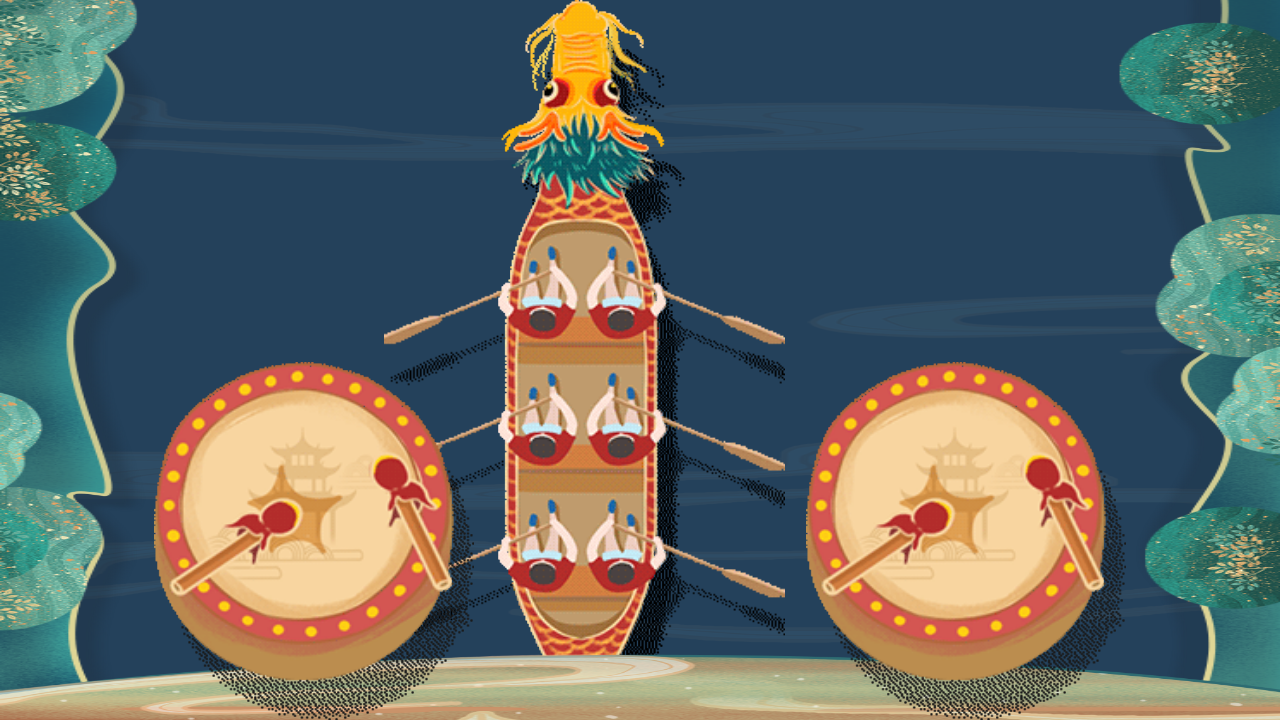
Repository: liushiwei151/hhl_dragon_boat_festival
Page: /Game
An editor plug-in stored every save of this project. The page is shown before and after the next save, followed by the edit.
The browser window is 1280 px wide. The pictures show the whole page.
An inner scrolling area shows only its first screen. The project was rebuilt for these pictures with package versions that can differ from the ones it lists, and the page was loaded fresh each time. Also part of the build but not shown: vue.config.js, src/views/Home.vue.

Above is the page before, as saved 2020-06-05 17:19:35.

### src/main.ts
import Vue from "vue";
import App from "./App.vue";
import router from "./router";
import { myCustom } from "./common/custom";

Vue.config.productionTip = false;

Vue.use(myCustom);

new Vue({
  router,
  render: h => h(App)
}).$mount("#app");

### src/common/custom.ts
/**
 * longTap 长按
 */

/* eslint-disable */
let myCustom: any = {};
let timeCounter: any;

function custom(Vue: any, options: any) {
  let timeNum = 0; //定时器计数
  let isLong = false; //长按标志

  Vue.directive("longTap", {
    bind(el: any, binding: any, vNode: any) {
      let pressTime = ~~binding.arg; //长按时常 毫秒
      if (!pressTime) {
        pressTime = 500;
      } //初始化默认时长
      // 确保提供的表达式是函数
      if (typeof binding.value !== "function") {
        // 获取组件名称
        const compName = vNode.context.name;
        // 将警告传递给控制台
        let error = `[longpress:] provided expression '${binding.expression}' is not a function`;
        if (compName) {
          error += `Found in component '${compName}' `;
        }
        console.error(error);
      }
      el.addEventListener("touchstart", (event: any) => {
        isLong = false;
        timeCounter = setTimeout(() => {
          isLong = true;
          console.log();
          binding.value(el.getBoundingClientRect());
        }, pressTime);
      });
      el.addEventListener("touchend", (event: any) => {
        clearInterval(timeCounter);
      });
    }
  });
}
myCustom = {
  install: custom
};
// myCustom.install = custom;
export { myCustom };

### src/components/tips.vue
<template>
  <div class="tips" v-show="val !== false">
    <span class="text" v-show="val !== 'wait'">{{ val }}</span>
    <div class="wait" v-show="val === 'wait'"></div>
  </div>
</template>

<script lang="ts">
import { Component, Vue, Prop } from "vue-property-decorator";
@Component({})
export default class Tips extends Vue {
  @Prop() val!: string | boolean;

  mounted(): void {
    // console.log(this.val === false);
  }
}
</script>

<style lang="less" scoped>
.tips {
  position: fixed;
  width: 100%;
  height: 100%;
  z-index: 9999;
  left: 0;
  top: 0;
  display: flex;
  justify-content: center;
  align-items: center;
  .wait {
    background: url(../assets/loading-2.gif) no-repeat;
    width: 10vw;
    height: 10vw;
    background-size: 100% 100%;
  }
  .text {
    background-color: rgba(0, 0, 0, 0.6);
    border-radius: 1vw;
    max-width: 90vw;
    padding: 2vw 5vw;
    color: #fff;
    word-break: break-all;
  }
}
</style>

### src/views/Game.vue
<template>
  <div class="game">
    <div class="gameBG"></div>
    <div class="fixedBG">
      <div
        class="leftDrum drum"
        @click="swichDrum(1)"
        v-longTap="leftLong"
        @touchend="handleTouchEnd"
        :style="{ backgroundImage: 'url(' + gdUrl + ')' }"
      >
        <div
          class="drum"
          :style="{ backgroundImage: 'url(' + imgUrl + ')' }"
        ></div>
      </div>
      <div
        class="leftDrum drum"
        @click="swichDrum(2)"
        v-longTap="rightLong"
        @touchend="handleTouchEnd"
        :style="{ backgroundImage: 'url(' + gdUrl + ')' }"
      >
        <div
          class="drum"
          :style="{ backgroundImage: 'url(' + imgUrl1 + ')' }"
        ></div>
      </div>
    </div>
    <div class="longzhouBox">
      <div class="longzhou"></div>
    </div>
  </div>
</template>

<script lang="ts">
import { Component, Vue, Inject } from "vue-property-decorator";
@Component({})
export default class Game extends Vue {
  @Inject()
  private isTip!: Function;

  imgName = "gu1";
  imgName1 = "gu1";
  gdName = "gu1";
  setInterObejct: any;
  setInterObejct1: any;

  get imgUrl(): string {
    const a = require("../assets/" + this.imgName + ".png");
    return a;
  }
  get imgUrl1(): string {
    const a = require("../assets/" + this.imgName1 + ".png");
    return a;
  }
  get gdUrl(): string {
    const a = require("../assets/" + this.gdName + ".png");
    return a;
  }

  swichDrum(e: number) {
    if (e === 1) {
      if (this.imgName === "gu1") {
        this.imgName = "gu2";
      } else {
        this.imgName = "gu1";
      }
    } else if (e === 2) {
      if (this.imgName1 === "gu1") {
        this.imgName1 = "gu2";
      } else {
        this.imgName1 = "gu1";
      }
    }
  }

  leftLong() {
    const self = this;
    this.setInterObejct = setInterval(() => {
      if (this.imgName === "gu1") {
        this.imgName = "gu2";
      } else {
        this.imgName = "gu1";
      }
    }, 200);
  }
  handleTouchEnd() {
    if (this.setInterObejct) {
      clearInterval(this.setInterObejct);
    }
    if (this.setInterObejct1) {
      clearInterval(this.setInterObejct1);
    }
  }
  rightLong() {
    const self = this;
    this.setInterObejct = setInterval(() => {
      if (this.imgName1 === "gu1") {
        this.imgName1 = "gu2";
      } else {
        this.imgName1 = "gu1";
      }
    }, 200);
  }
}
</script>

<style lang="less" scoped>
@bg100: {
  position: fixed;
  top: 0;
  left: 0;
  background-size: 100% 100%;
  width: 100%;
  height: 100%;
};
@keyframes scrollBG {
  0% {
    transform: translateY(0);
  }
  100% {
    transform: translateY(-50%);
  }
}
@keyframes play {
  from {
    background-position: 0 0;
  }
  to {
    background-position: -94vw 0;
  }
}
.game {
  width: 100%;
  height: 100%;
  .longzhouBox {
    background: url(../assets/longBg.png) no-repeat;
    background-size: 100% 100%;
    width: 31.333vw;
    height: 68.133vw;
    position: relative;
    top: 0;
    left: 30vw;
    z-index: 5;
    .longzhou {
      background: url(../assets/long.png) no-repeat;
      background-size: 300% 100%;
      width: 100%;
      height: 100%;
      background-position: 0 0;
      animation: play 0.5s steps(3) infinite;
      position: absolute;
    }
  }
  .fixedBG {
    background: url(../assets/gameBG2.png) no-repeat;
    @bg100();
    display: flex;
    justify-content: space-between;
    align-items: flex-end;
    box-sizing: border-box;
    padding: 0 12vw;
    z-index: 20;
    .drum {
      width: 25vw;
      height: 28vw;
      background-size: 100% 100%;
    }
    .leftDrum {
    }
    .rightDrum {
    }
  }
  .gameBG {
    background: url(../assets/gameBG.png);
    position: fixed;
    top: 0;
    left: 0;
    background-size: 100% 50%;
    width: 100%;
    height: 200%;
    z-index: -1;
    animation: scrollBG 4s linear infinite;
  }
}
</style>

Loaded but not shown: public/index.html (common file); src/App.vue (common file); src/router/index.ts (common file)

After the next save:
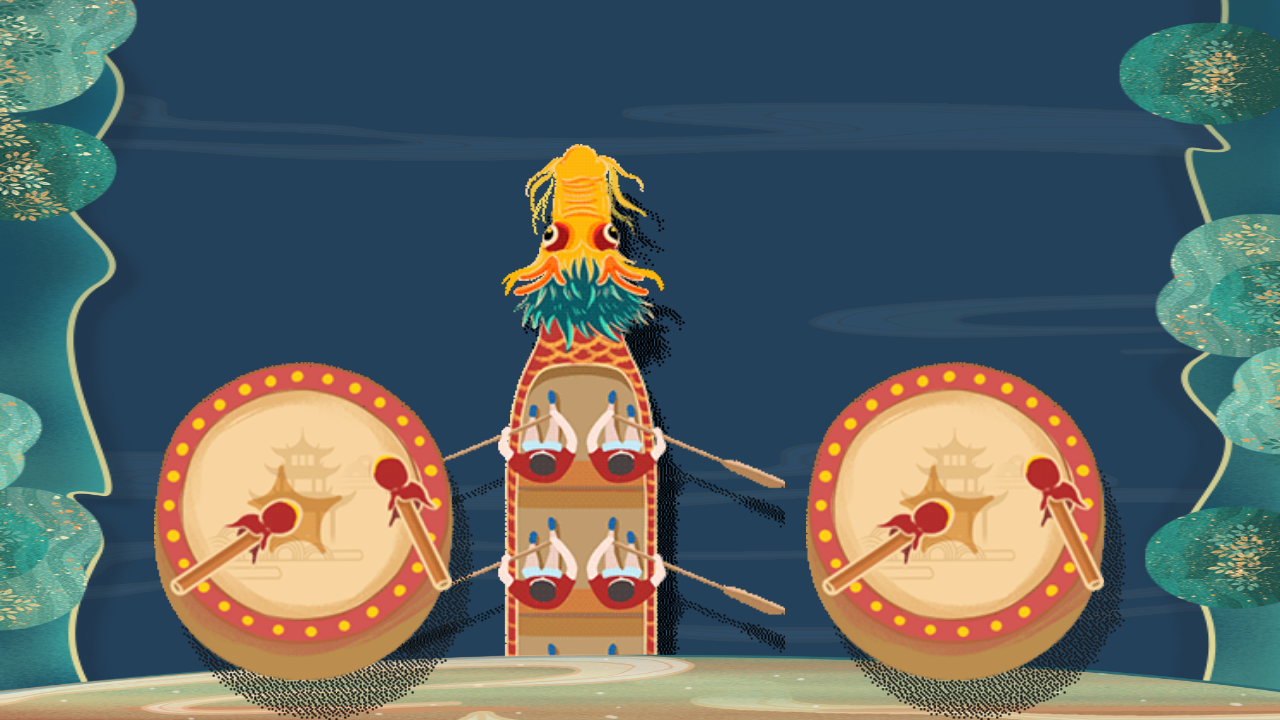
Saved 11 s later.
--- a/src/views/Game.vue
+++ b/src/views/Game.vue
@@ -140,7 +140,7 @@ export default class Game extends Vue {
     width: 31.333vw;
     height: 68.133vw;
     position: relative;
-    top: 0;
+    top: 20vh;
     left: 30vw;
     z-index: 5;
     .longzhou {
